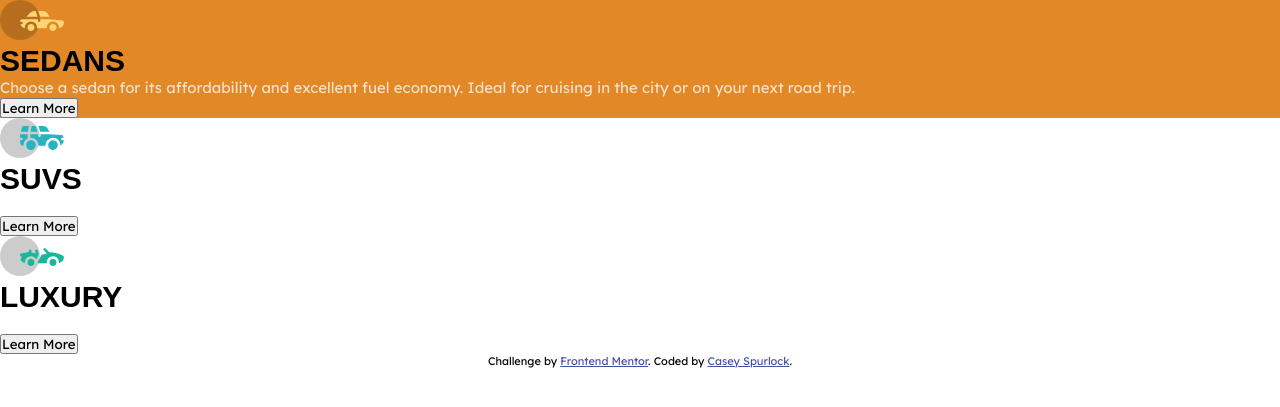
Repository: CaseySpurlock/3-column-preview-card-component-main
Page: index.html
The author's editor kept a copy of each file at every save. The page is drawn from the files as they stood at one save, then again after the next save.
The browser window is 1280 px wide. The pictures show the whole page.

Above is the page before, as saved 2021-06-23 10:30:54.

### index.html
<!DOCTYPE html>
<html lang="en">
<head>
  <meta charset="UTF-8">
  <meta name="viewport" content="width=device-width, initial-scale=1.0"> <!-- displays site properly based on user's device -->

  <link rel="icon" type="image/png" sizes="32x32" href="./images/favicon-32x32.png">

  <title>Frontend Mentor | 3-column preview card component</title>

  <!-- Stylesheets -->
  <link rel="stylesheet" href="style.css">
  <link rel="preconnect" href="https://fonts.googleapis.com">
  <link rel="preconnect" href="https://fonts.gstatic.com" crossorigin>
  <link href="https://fonts.googleapis.com/css2?family=Big+Shoulders+Display:wght@700&family=Lexend+Deca&display=swap" rel="stylesheet">
</head>


<body>
  <div class="container">
    <div class="card bright-orange">
      <img src="./images/icon-sedans.svg" alt="sedan img">
      <h3>Sedans</h3>
      <p>Choose a sedan for its affordability and excellent fuel economy. Ideal for cruising in the city
        or on your next road trip.</p>
        <button class="btn">Learn More</button>
    </div>

    <div class="card dark-cyan">
      <img src="./images/icon-suvs.svg" alt="suv img">
      <h3>SUVs</h3>
      <p>Take an SUV for its spacious interior, power, and versatility. Perfect for your next family vacation
        and off-road adventures.</p>
        <button class="btn">Learn More</button>
    </div>

    <div class="card very-dark-cyan">
      <img src="./images/icon-luxury.svg" alt="luxury img">
      <h3>Luxury</h3>
      <p>Cruise in the best car brands without the bloated prices. Enjoy the enhanced comfort of a luxury
      rental and arrive in style.</p>
      <button class="btn">Learn More</button>
    </div>
  </div>

  <footer>
    <div class="attribution">
      Challenge by <a href="https://www.frontendmentor.io?ref=challenge" target="_blank">Frontend Mentor</a>.
      Coded by <a href="https://csgc86.myportfolio.com/" target="_blank">Casey Spurlock</a>.
    </div>
  </footer>
</body>
</html>

### style.css
* {
    margin: 0;
    padding: 0;
    box-sizing: border-box;
}

body, button {
    font-family: "Lexend deca", sans-serif;
}

h3 {
    font-family: "Big Shoilders Display", sans-serif;
    text-transform: uppercase;
    font-size: 30px;
}

p {
    color: hsla(0, 0%, 100%, 0.75);
    font-size: 15px;
}

.bright-orange {
    background-color: hsl(31, 77%, 52%);
}


.attribution {
    font-size: 11px;
    text-align: center;
}

.attribution a {
    color: hsl(228, 45%, 44%);
}

After the next save:
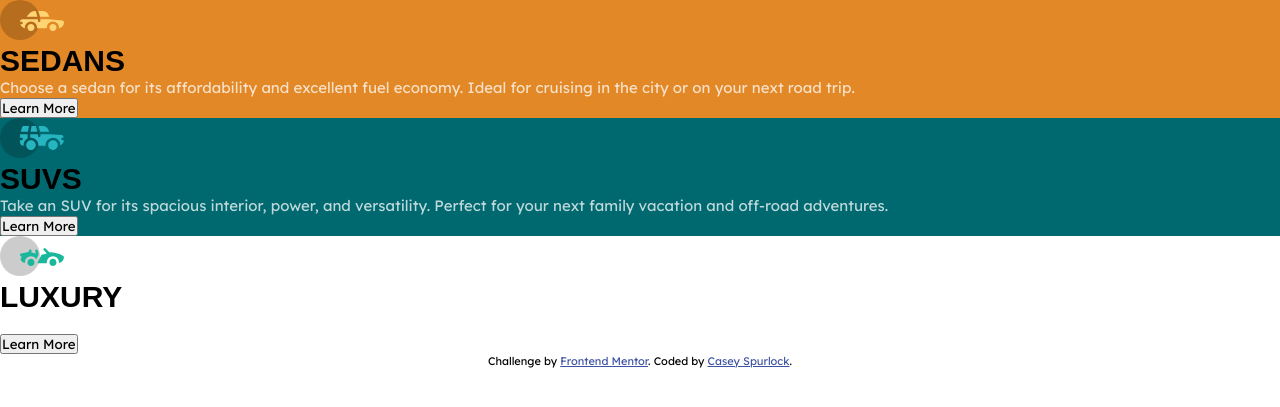
Saved 41 s later.
--- a/style.css
+++ b/style.css
@@ -23,6 +23,10 @@
     background-color: hsl(31, 77%, 52%);
 }
 
+.dark-cyan {
+    background-color: hsl(184, 100%, 22%);
+}
+
 
 .attribution {
     font-size: 11px;
